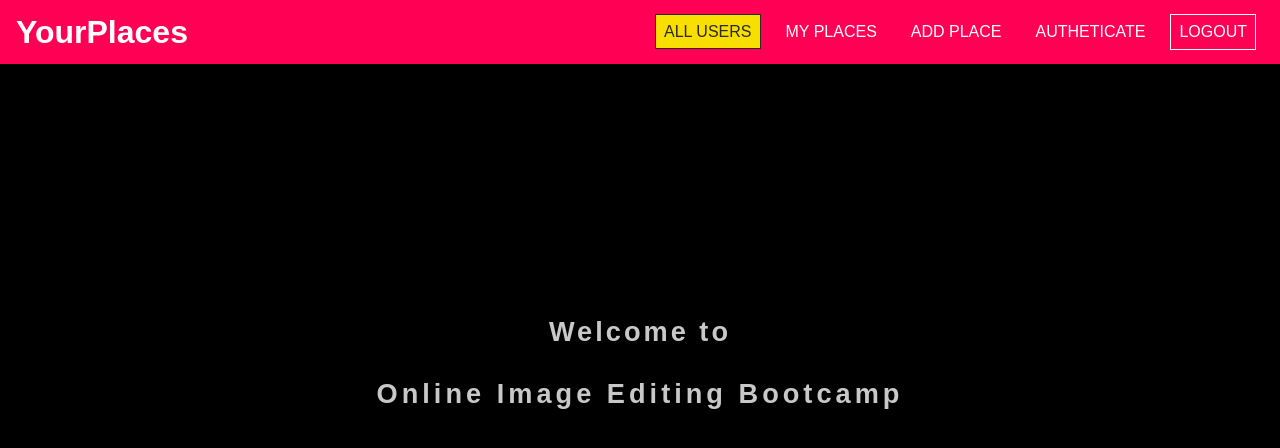
Repository: TanviSanyal/ImageEditingBootcamp
Page: /
An editor plug-in stored every save of this project. The page is shown before and after the next save, followed by the edit.
The browser window is 1280 px wide. The pictures show the whole page.
The project was rebuilt for these pictures with package versions that can differ from the ones it lists, and the page was loaded fresh each time. Also part of the build but not shown: src/shared/components/navigation/SideDrawer.css, src/shared/components/UIElements/Backdrop.css, src/shared/components/UIElements/Backdrop.js.

Above is the page before, as saved 2020-09-26 23:52:35.

### public/index.html
<!DOCTYPE html>
<html lang="en">
  <head>
    <meta charset="utf-8" />
    <link rel="icon" href="%PUBLIC_URL%/favicon.ico" />
    <meta name="viewport" content="width=device-width, initial-scale=1" />
    <meta name="theme-color" content="#000000" />
    <meta
      name="description"
      content="Web site created using create-react-app"
    />
    <link rel="apple-touch-icon" href="%PUBLIC_URL%/logo192.png" />
    <link rel="manifest" href="%PUBLIC_URL%/manifest.json" />
    <title>React App</title>
  </head>
  <body>
    <noscript>You need to enable JavaScript to run this app.</noscript>
    <div id="backdrop-hook"></div>
    <div id="modal-hook"></div>
    <div id="drawer-hook"></div>
    <div id="root"></div>
  </body>
</html>

### src/index.css
@import url('https://fonts.googleapis.com/css?family=Open+Sans:400,700&display=swap');

* {
  box-sizing: border-box;
}

html {
  font-family:Arial, Helvetica, sans-serif;
	font-weight:normal;
}

body {
  margin: 0;
  background: black;
}

### src/App.js
import React from 'react';
import {
  BrowserRouter as Router,
  Route,
  Redirect,
  Switch
} from 'react-router-dom';
import './App.css'
import MainNavigation from '../src/shared/components/navigation/MainNavigation';


const App = () => {

  // <Switch>
  //   <Route path="/" exact>
  //     {/* <Users /> */}
  //   </Route>
  //   <Route path="/:userId/places" exact>
  //     {/* <UserPlaces /> */}
  //   </Route>
  //   <Route path="/places/new" exact>
  //     {/* <NewPlace /> */}
  //   </Route>
  //   <Route path='/places/:placeId'>
  //     {/* <UpdatePlace /> */}
  //   </Route>
  //   <Redirect to="/" />
  // </Switch>

  return (
    <Router>
      <MainNavigation />
      <main className="main-body">
        <p className="text1">Welcome to</p>
        <p className="text2"> Online Image Editing Bootcamp</p>
      </main>
    </Router>
  );
};

export default App;

### src/App.css

.main-body{
  text-align: center;
  padding-top: 29vh;
  padding-left: 3%;
  padding-right: 3%;
}

.text1{
  color:rgb(200,200,200);
  font-size: 170%;
  letter-spacing: 3PX;
  font-weight: 700;
  animation: text 3s 1;
}
.text2{
  color: rgb(200,200,200);
  font-size: 170%;
  letter-spacing: 4PX;
  line-height: 37PX;
  font-weight: 700;
}

@keyframes text{
  0%{
    color: black;
    margin-bottom: -40px;
  }
  30%{
    letter-spacing: 20px;
    /* margin-bottom: -40px; */
  }

}

### src/shared/components/navigation/MainNavigation.js
import React, { useState } from 'react';
import { Link } from 'react-router-dom';

import MainHeader from './MainHeader';
import NavLinks from './NavLinks';
import SideDrawer from './SideDrawer';
import Backdrop from '../UIElements/Backdrop';
import './MainNavigation.css';

const MainNavigation = props => {
  const [drawerIsOpen, setDrawerIsOpen] = useState(false);

  const openDrawerHandler = () => {
    setDrawerIsOpen(true);
  };

  const closeDrawerHandler = () => {
    setDrawerIsOpen(false);
  };

  return (
    <React.Fragment>
      {drawerIsOpen && <Backdrop onClick={closeDrawerHandler} />}
      <SideDrawer show={drawerIsOpen} onClick={closeDrawerHandler}>
        <nav className="main-navigation__drawer-nav">
          <NavLinks />
        </nav>
      </SideDrawer>

      <MainHeader>
        <button className="main-navigation__menu-btn" onClick={openDrawerHandler}>
          <span />
          <span />
          <span />
        </button>
        <h1 className="main-navigation__title">
          <Link to="/">YourPlaces</Link>
        </h1>
        <nav className="main-navigation__header-nav">
          <NavLinks />
        </nav>
      </MainHeader>
    </React.Fragment>
  );
};

export default MainNavigation;

### src/shared/components/navigation/MainHeader.js
import React from 'react';

import './MainHeader.css';

const MainHeader = props => {
  return <header className="main-header">{props.children}</header>;
};

export default MainHeader;

### src/shared/components/navigation/NavLinks.js
import React,{useContext} from 'react';
import './NavLinks.css';
import {NavLink} from 'react-router-dom';
// import {AuthContext} from '../../context/auth-context';

const NavLinks = props => {

    // const auth = useContext(AuthContext);
    return(
        <ul className="nav-links">
            <li>
                <NavLink to="/" exact>ALL USERS</NavLink>
            </li>
           <li>
                <NavLink to="/u1/places">MY PLACES</NavLink>
            </li>
           <li>
                <NavLink to="/places/new">ADD PLACE</NavLink>
            </li>
            <li>
                <NavLink to="/auth">AUTHETICATE</NavLink>
            </li>
             <li><button >LOGOUT</button></li>
        </ul>
    );
};

export default NavLinks;

### src/shared/components/navigation/MainNavigation.css
.main-navigation__menu-btn {
    width: 3rem;
    height: 3rem;
    background: transparent;
    border: none;
    display: flex;
    flex-direction: column;
    justify-content: space-around;
    margin-right: 2rem;
    cursor: pointer;
  }

  .main-navigation__menu-btn span {
    display: block;
    width: 3rem;
    height: 2.5px;
    background: white;
  }

  .main-navigation__title {
    color: white;
  }

  .main-navigation__title a {
    text-decoration: none;
    color: white;
  }

  .main-navigation__header-nav {
    display: none;
  }

  .main-navigation__drawer-nav {
    height: 100%;
  }

  @media (min-width: 768px) {
    .main-navigation__menu-btn {
      display: none;
    }

    .main-navigation__header-nav {
      display: block;
    }
  }

### src/shared/components/navigation/NavLinks.css
.nav-links {
    list-style: none;
    margin: 0;
    padding: 0;
    width: 100%;
    height: 100%;
    display: flex;
    flex-direction: column;
    justify-content: center;
    align-items: center;
  }

  .nav-links li {
    margin: 1rem;
  }

  .nav-links a {
    border: 1px solid transparent;
    color: #292929;
    text-decoration: none;
    padding: 0.5rem;
  }

  .nav-links a:hover,
  .nav-links a:active,
  .nav-links a.active {
    background: #f8df00;
    border-color: #292929;
    color: #292929;
  }

  .nav-links button {
    cursor: pointer;
    border: 1px solid #292929;
    color: #292929;
    background: transparent;
    padding: 0.5rem;
    font: inherit;
  }

  .nav-links button:focus {
    outline: none;
  }

  .nav-links button:hover,
  .nav-links button:active {
    background: #292929;
    color: white;
  }

  @media (min-width: 768px) {
    .nav-links {
      flex-direction: row;
    }

    .nav-links li {
      margin: 0 0.5rem;
    }

    .nav-links a {
      color: white;
      text-decoration: none;
    }

    .nav-links button {
      border: 1px solid white;
      color: white;
      background: transparent;
    }

    .nav-links button:hover,
    .nav-links button:active {
      background: #f8df00;
      color: #292929;
    }
  }

Loaded but not shown: src/index.js (common file); src/shared/components/navigation/SideDrawer.js (common file); src/shared/components/navigation/MainHeader.css (common file)

After the next save:
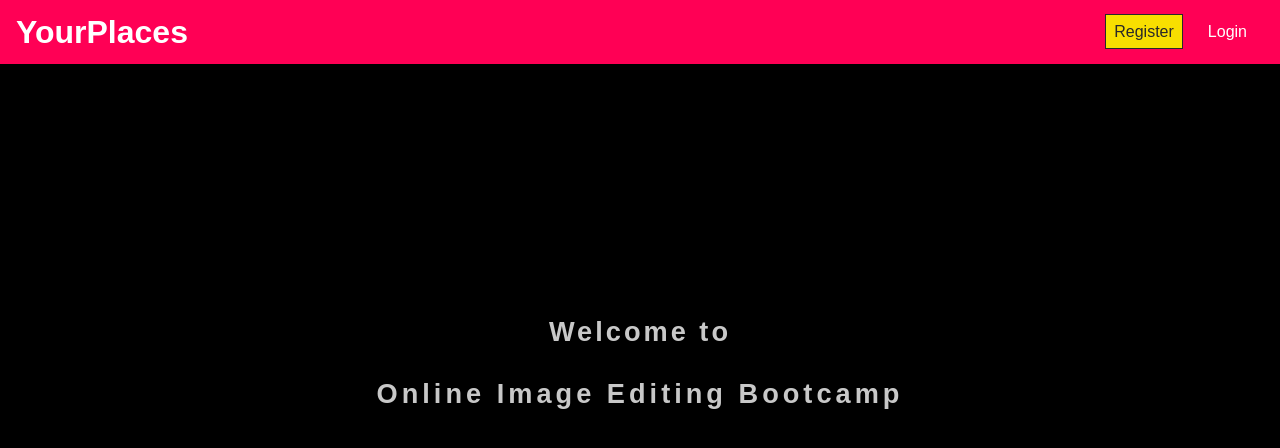
Saved 84 s later.
--- a/src/shared/components/navigation/NavLinks.js
+++ b/src/shared/components/navigation/NavLinks.js
@@ -9,18 +9,12 @@ const NavLinks = props => {
     return(
         <ul className="nav-links">
             <li>
-                <NavLink to="/" exact>ALL USERS</NavLink>
+                <NavLink to="/" exact>Register</NavLink>
             </li>
            <li>
-                <NavLink to="/u1/places">MY PLACES</NavLink>
+                <NavLink to="/u1/places">Login</NavLink>
             </li>
-           <li>
-                <NavLink to="/places/new">ADD PLACE</NavLink>
-            </li>
-            <li>
-                <NavLink to="/auth">AUTHETICATE</NavLink>
-            </li>
-             <li><button >LOGOUT</button></li>
+
         </ul>
     );
 };
